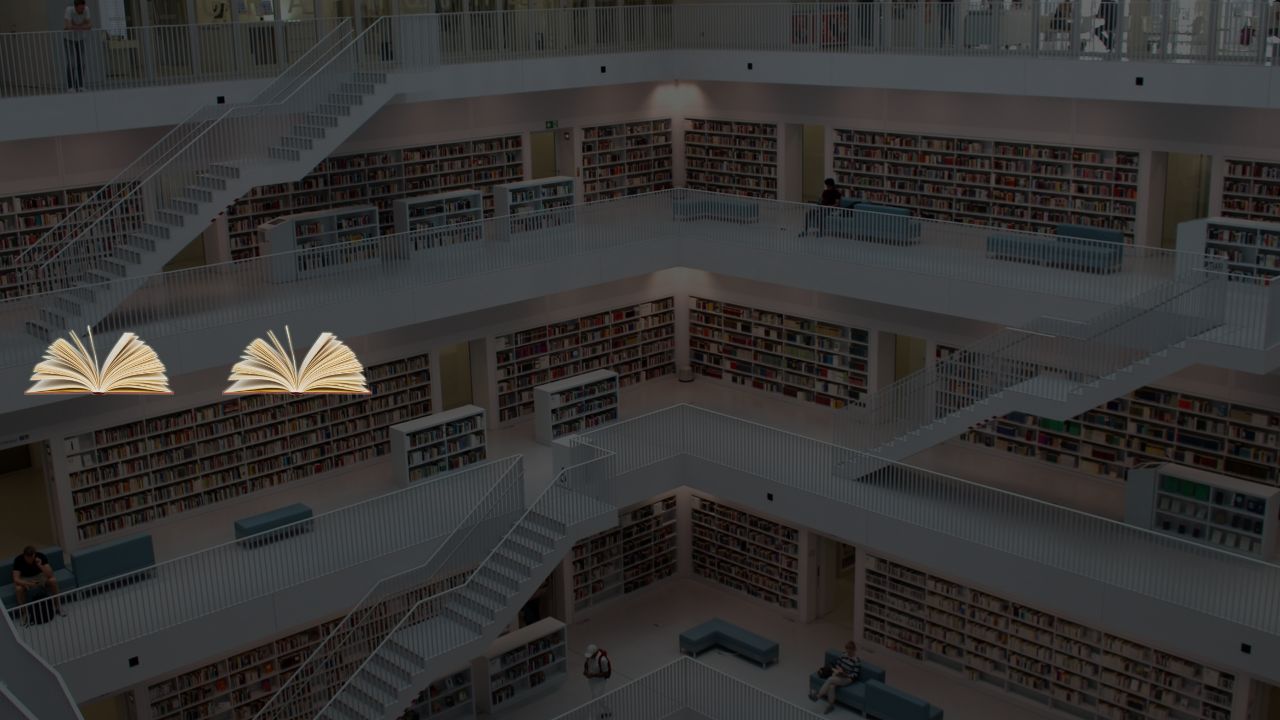
Repository: imedakrouti/BookStore
Page: index.html
These files come from the project's save history. The page is drawn as it stood at one moment and after the next save; the edit follows.
The browser window is 1280 px wide. The pictures show the whole page.
Some web libraries are served in a nearby version.

Above is the page before, as saved 2020-05-05 17:14:29.

After the next save:
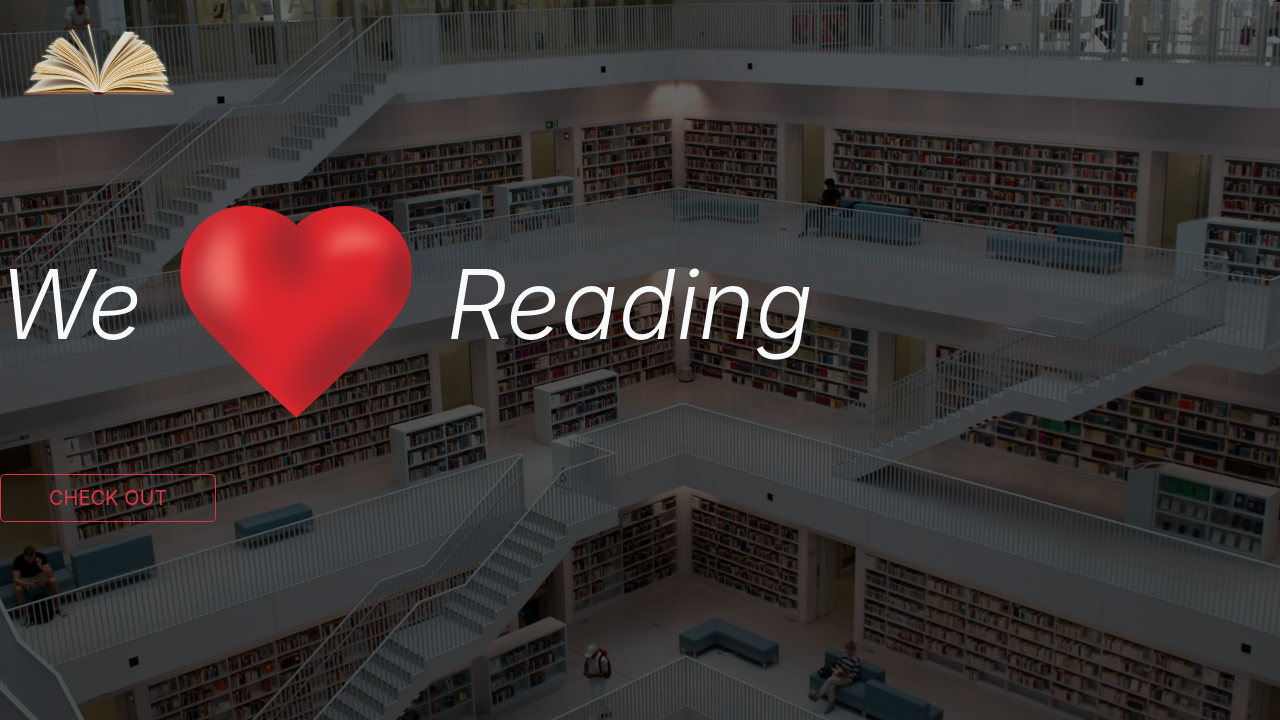
Saved 13 s later.
--- a/index.html
+++ b/index.html
@@ -17,15 +17,16 @@
 <body>
     <!-- Header -->
     <header class="d-flex  align-items-center">
-        <div class="">
-            <a href=""><img src="images/img/book.png"width="150px" class="img-fluid m-4" alt=""></a>
-        </div>
-        <div class="">
+        <div class="align-self-start position-absolute">
             <a href=""><img src="images/img/book.png"width="150px" class="img-fluid m-4" alt=""></a>
         </div>
 
         <!-- Hero -->
 
+                  <div class="hero">
+                    <h1 class="text-light display-1 font-italic mb-5 banner-heading">We <img src="images/img/heart.png" width="250" class="img-fluid"> Reading</h1>
+                    <a href="#" class="btn btn-lg btn-outline-danger text-uppercase px-5">Check Out</a>
+                  </div>
 
 
 
